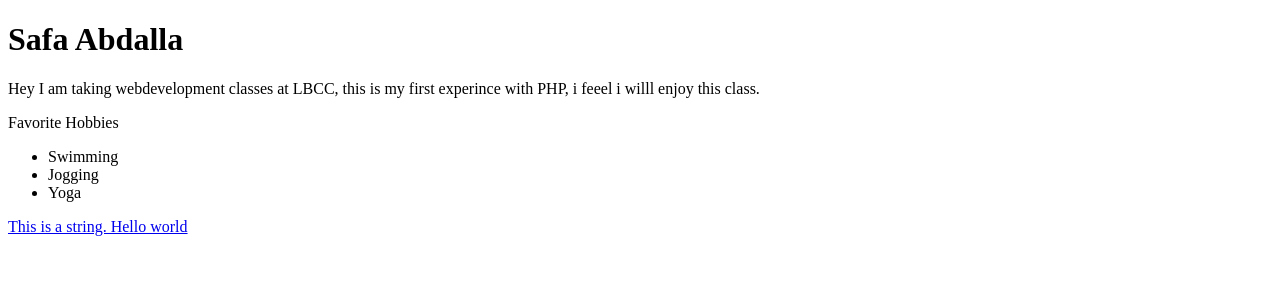
Repository: safaaa01/test
Page: http://localhost/labwork/lab1.php
The author's editor kept a record of every edit. The page is drawn from the files as they stood at one moment, then again after the next edit.
The browser window is 1280 px wide. The pictures show the whole page.
The page is run by PHP 8.4 with error messages shown; the project is at /var/www/html/.

Above is the page before.

### labwork/lab1.php
<!doctype html>
<html>
<head>
<title> Labwork 1: Hello World</title>
<!--Lab1,
Safa Abdalla,
08/28/2019 --></head>
<body>
<h1>Safa Abdalla</h1>
<p>Hey I am taking webdevelopment classes at LBCC,
this is my first experince with PHP,
i feeel i willl enjoy this class.</p>
<p>Favorite Hobbies</p>
<ul>
  <li>Swimming</li>
  <li>Jogging</li>
  <li>Yoga</li>
</ul>
<?php
echo '<a href="https://safaaa.000webhostapp.com/">This is a string. Hello world';
?>
</body>
</html>

After the next edit:
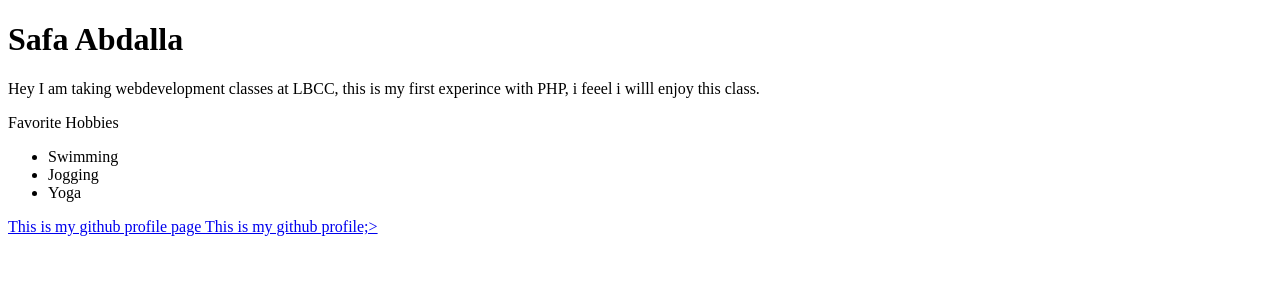
The edit:
--- a/labwork/lab1.php
+++ b/labwork/lab1.php
@@ -16,8 +16,10 @@
   <li>Jogging</li>
   <li>Yoga</li>
 </ul>
+<a href="https://github.com/safaaa01">This is my github profile page </a>
+
 <?php
-echo '<a href="https://safaaa.000webhostapp.com/">This is a string. Hello world';
+echo '<a href="https://github.com/safaaa01">This is my github profile;>'
 ?>
 </body>
 </html>
